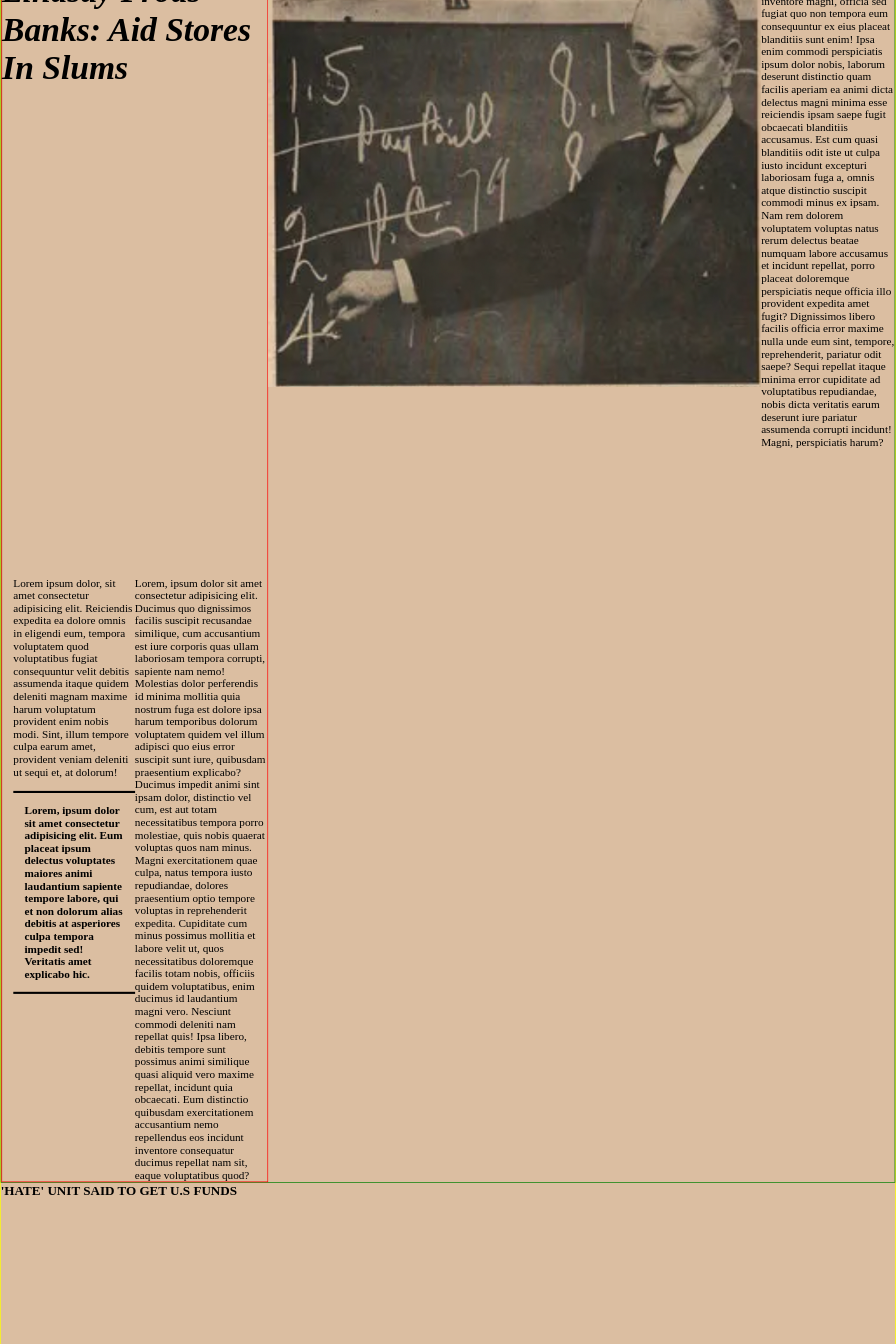
Repository: Arkitecth/newspaper-grid
Page: index.html
An editor plug-in stored every save of this project. The page is shown before and after the next save, followed by the edit.
The browser window is 1280 px wide. The pictures show the part of the page from y = 497 to 2417 px (the page is 5692 px tall before and 3964 px after), at 70% of full size.

Above is the page before, as saved 2023-05-29 19:16:31.

After the next save:
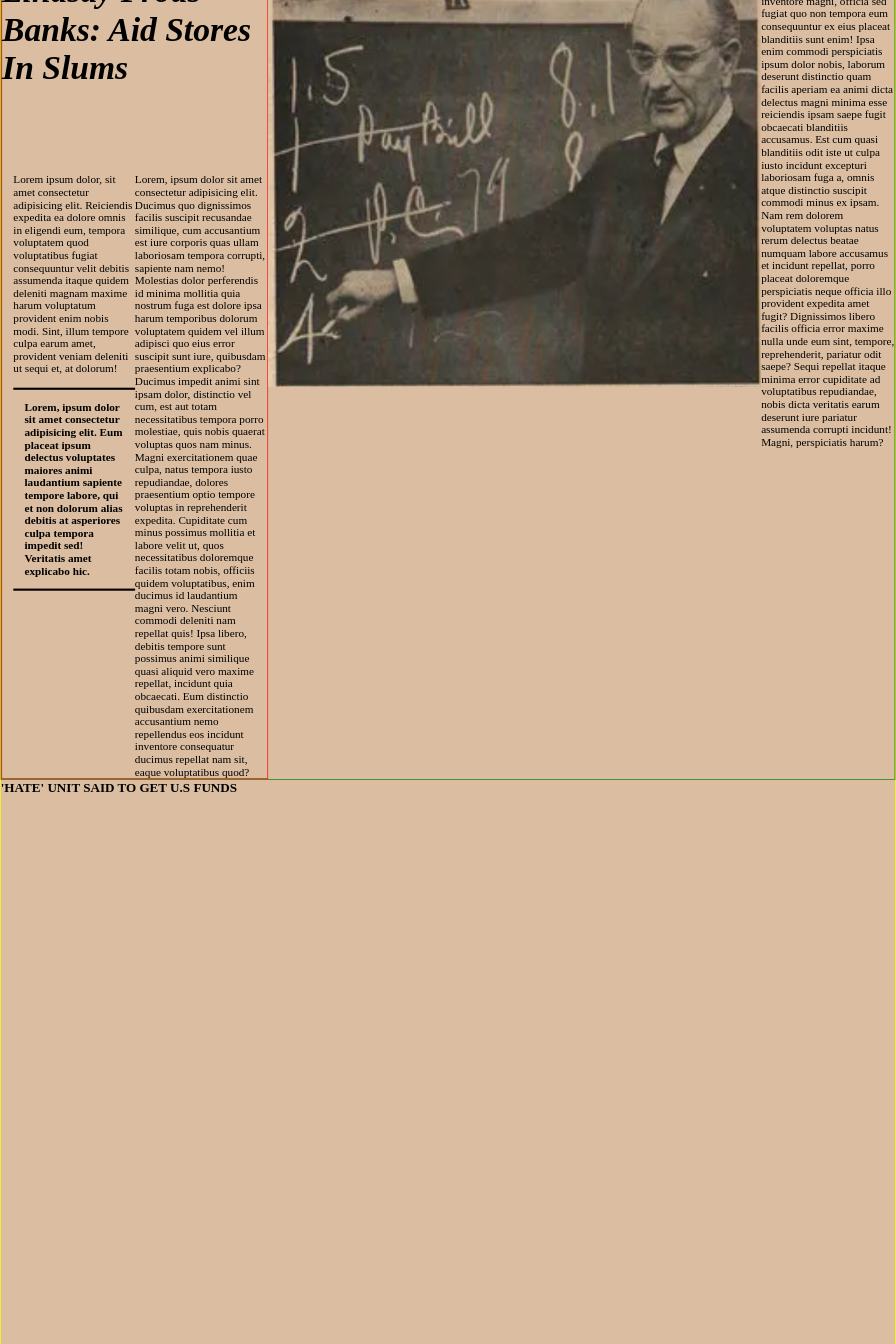
Saved 12 s later.
--- a/styles.css
+++ b/styles.css
@@ -62,7 +62,7 @@
 
 .sub-grid {
     display: grid;
-    grid-template-rows: 1fr 1fr;
+    grid-template-rows: 1fr 3fr;
     border: 1px solid red;
     gap: 20px;
 }
